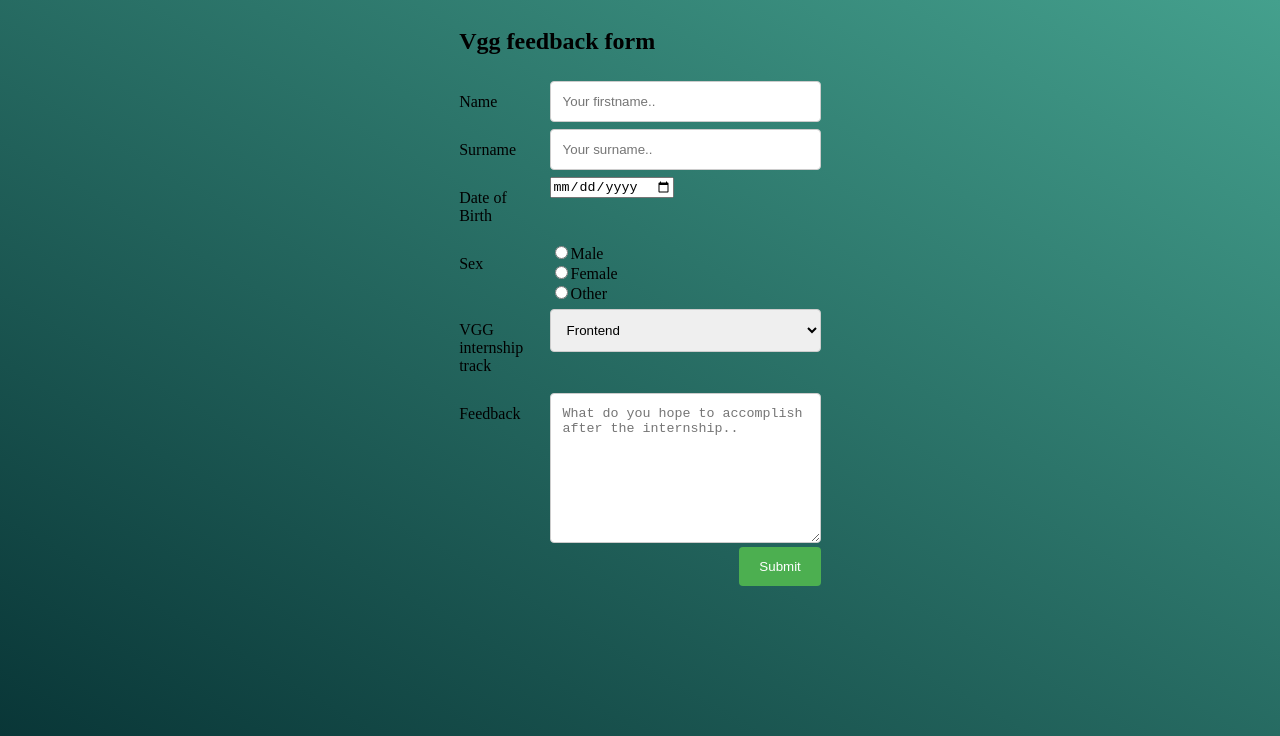
Repository: iphyokafor/VGG-Feedback-form
Page: index2.html
The author's editor kept a copy of each file at every save. The page is drawn from the files as they stood at one save, then again after the next save.
The browser window is 1280 px wide. The pictures show the whole page.

Above is the page before, as saved 2020-01-13 00:42:04.

After the next save:
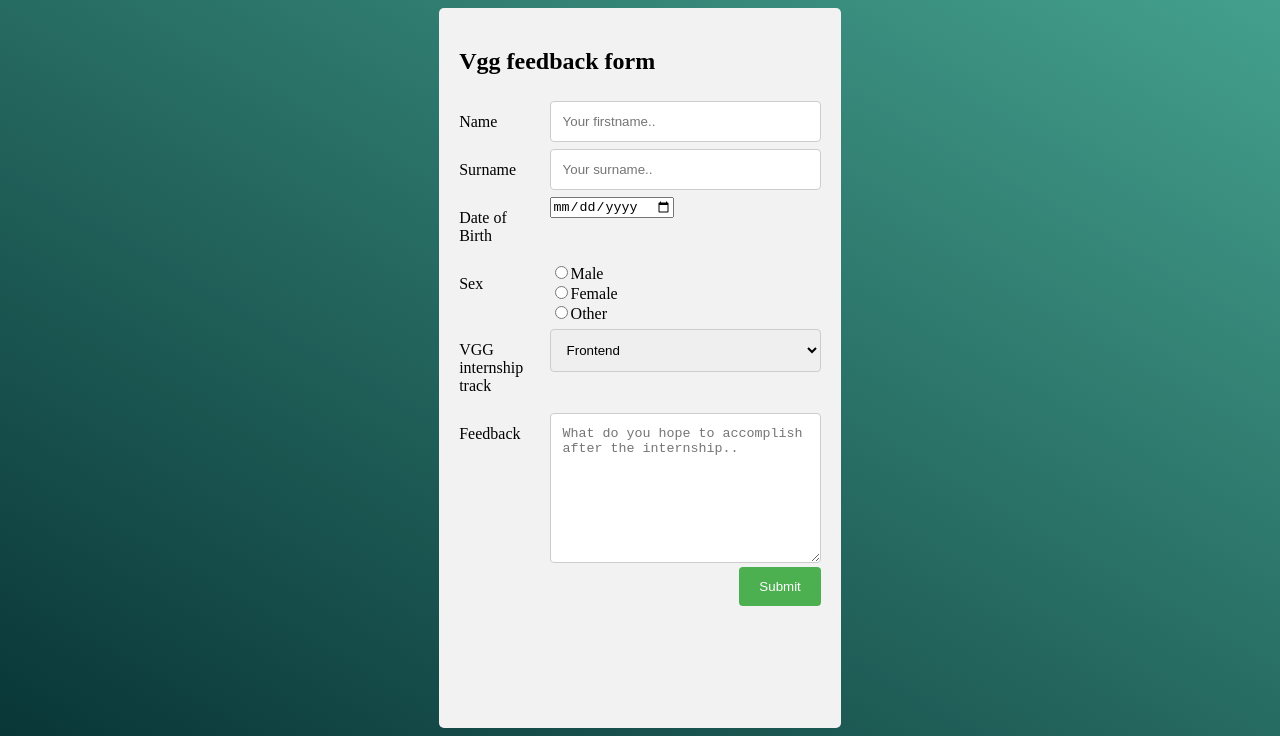
Saved 18 s later.
--- a/main.css
+++ b/main.css
@@ -49,12 +49,11 @@ label {
 
 /* Style the container */
 
-
-/* .container {
+.container {
     border-radius: 5px;
     background-color: #f2f2f2;
     padding: 20px;
-} */
+}
 
 
 /* Floating column for labels: 25% width */
